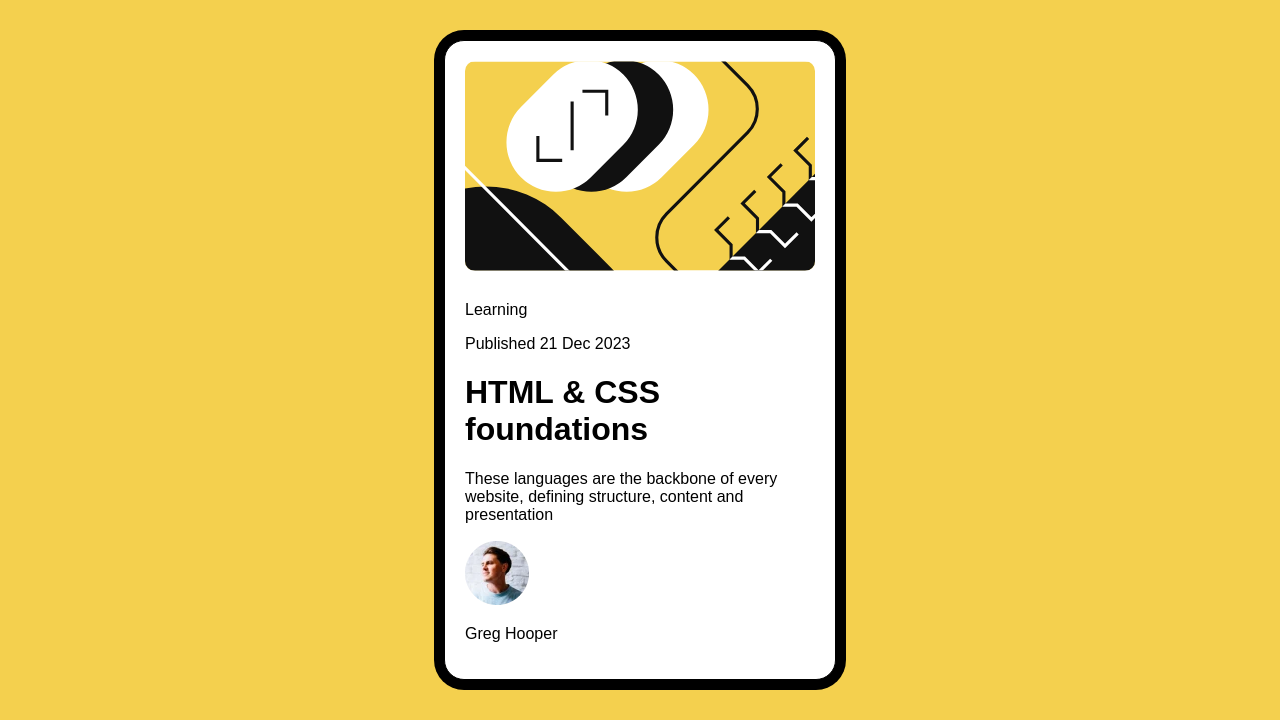
Repository: brandontaylor1/blogpreviewcard
Page: index.html
The author's editor kept a copy of each file at every save. The page is drawn from the files as they stood at one save, then again after a run of saves.
The browser window is 1280 px wide. The pictures show the whole page.

Above is the page before, as saved 2024-12-25 11:01:52.

### index.html
<!DOCTYPE html>
<html lang="en">
<head>
    <meta charset="UTF-8">
    <meta name="viewport" content="width=device-width, initial-scale=1.0">
    <link rel="stylesheet" href="./index.css">
    <title>HTML & CSS Foundations</title>
</head>
<body>
    <main class="container">
        <div class="img-container">
            <img src="./images/illustration-article.svg" class="heading-img" alt="">
        </div>
        <div class="card-content">
            <p>Learning</p>
            <p>Published 21 Dec 2023</p>
            <h1>HTML & CSS foundations</h1>
            <p>These languages are the backbone of every website, defining structure, content and presentation</p>
        </div>
        <div class="user-footer">
            <img src="./images/image-avatar.webp" alt="person-image">
            <p>Greg Hooper</p>
        </div>
    </main>

    <script src="index.js"></script>
</body>
</html>

### index.css
:root {
    /* COLORS */
    --primary-yellow: hsl(47, 88%, 63%);
    --primary-white: hsl(0, 0%, 100%);
    --primary-gray-reg: hsl(0, 0%, 42%);
    --primary-gray-bold: hsl(0, 0%, 7%);

    --main-font-size: 16px;

    --main-font-family: 'Figtree', sans-serif;
    --main-font-weight-reg: 500;
    --main-font-weight-bold: 800;
}


body {
    box-sizing: border-box;
    margin: 0;
    padding: 0;
    height: 100vh;
    font-family: var(--main-font-family);
    display: flex;
    align-items: center;
    justify-content: center;
    background-color: var(--primary-yellow);
}

.container {
    max-width: 1440px;
    width: 400px;
    margin: 0 auto;
    padding: 0 20px;
    background-color: var(--primary-white);
    width: 350px;
    padding: 20px;
    border-radius: 20px;
    border: 1px solid black;
    box-shadow: 0 0 0px 10px rgba(0, 0, 0, 1);
}

.heading-img {
    width: 100%;
    margin-bottom: 10px;
    border-radius: 10px;
}

Loaded but not shown: index.js (no stored copy; drawn as an empty file)

After the next 2 saves:
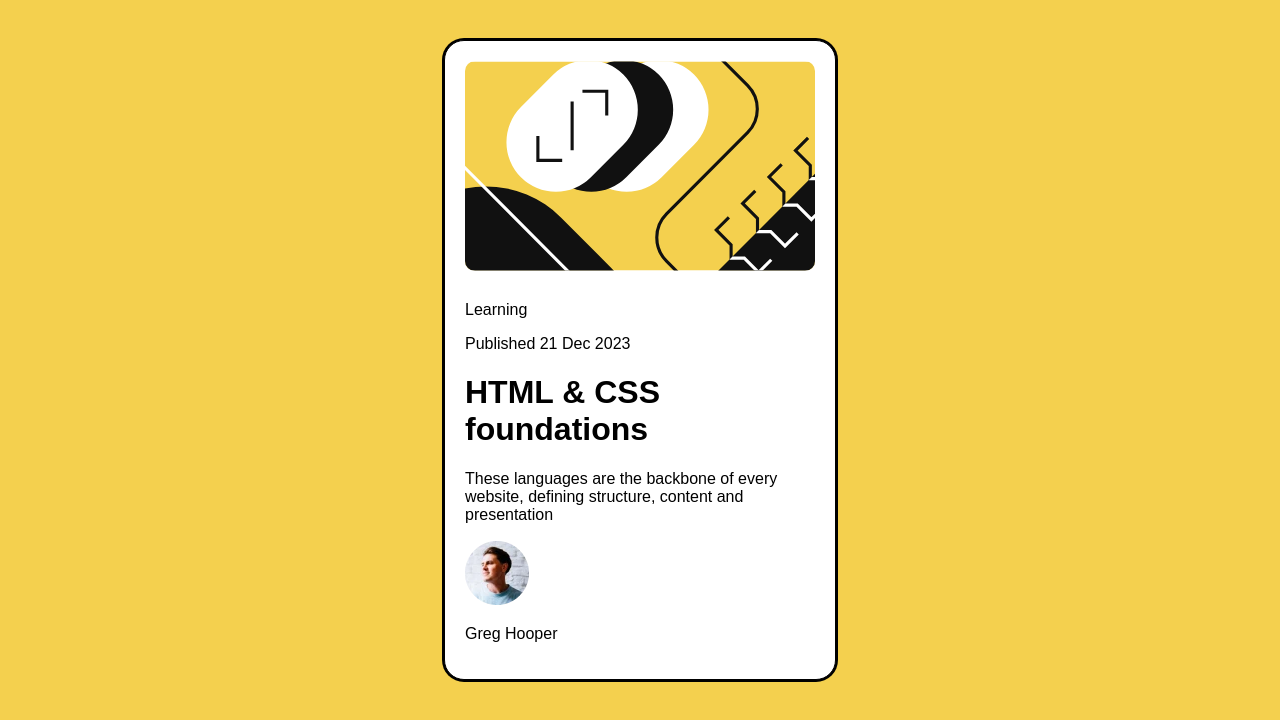
The 2 saves are shown as one change because they came seconds apart.
The last was saved 65 s later.
--- a/index.css
+++ b/index.css
@@ -35,7 +35,7 @@ body {
     padding: 20px;
     border-radius: 20px;
     border: 1px solid black;
-    box-shadow: 0 0 0px 10px rgba(0, 0, 0, 1);
+    box-shadow: 0 0 0px 2px rgba(0, 0, 0, 1);
 }
 
 .heading-img {
